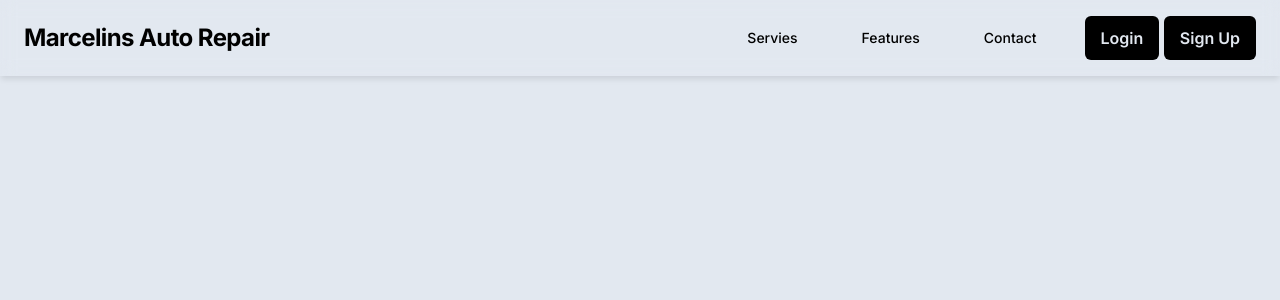
Repository: ilovegames507/twebsite-2
Page: frontend/public/index.html
These files come from the project's save history. The page is drawn as it stood at one moment and after the next save; the edit follows.
The browser window is 1280 px wide. The pictures show the whole page.

Above is the page before, as saved 2025-03-17 20:08:21.

### frontend/public/index.html
<!DOCTYPE html>
<html lang="en">
  <head>
    <head>
      <meta charset="UTF-8" />
      <meta name="viewport" content="width=device-width, initial-scale=1.0" />
      <link rel="preconnect" href="https://fonts.googleapis.com" />
      <link rel="preconnect" href="https://fonts.gstatic.com" crossorigin />
      <link
        href="https://fonts.googleapis.com/css2?family=Inter:ital,opsz,wght@0,14..32,100..900;1,14..32,100..900&family=Source+Code+Pro:ital,wght@0,200..900;1,200..900&display=swap"
        rel="stylesheet"
      />
      <link rel="stylesheet" href="styles/modern-normalize.css" />
      <link rel="stylesheet" href="styles/global.css" />
      <link rel="stylesheet" href="styles/components/header.css" />

      <link rel="stylesheet" href="styles/utils.css" />

      <link rel="icon" href="public/woofplayz-icon.png" type="image/x-icon" />
      <title>Marcelins Auto Repair</title>
    </head>
  </head>
  <body>
    <header class="header">
      <div class="header__container">
        <a href="/" class="header__title">Marcelins Auto Repair</a>

        <nav class="header__nav">
          <a class="header__link" href="#pricing">Servies</a>
          <a class="header__link" href="#features">Features</a>
          <a class="header__link" href="#contact">Contact</a>
          <div class="header__btn-container">
            <button class="header__btn">Login</button>
            <button class="header__btn">Sign Up</button>
          </div>
        </nav>

        <button class="header__bars">
          <svg xmlns="http://www.w3.org/2000/svg" height="24px" viewBox="0 -960 960 960" width="24px"><path d="M120-240v-80h720v80H120Zm0-200v-80h720v80H120Zm0-200v-80h720v80H120Z"/></svg>
        </button>
      </div>
    </header>

    <script>
      document.querySelector('.header__bars').addEventListener('click', function() {
        document.querySelector('.header').classList.toggle('header--mobile-open');
      });
    </script>
  </body>
</html>

### frontend/public/styles/modern-normalize.css
/*! modern-normalize v3.0.1 | MIT License | https://github.com/sindresorhus/modern-normalize */

/*
Document
========
*/

/**
Use a better box model (opinionated).
*/

*,
::before,
::after {
  box-sizing: border-box;
}

html {
  /* Improve consistency of default fonts in all browsers. (https://github.com/sindresorhus/modern-normalize/issues/3) */
  font-family: system-ui, "Segoe UI", Roboto, Helvetica, Arial, sans-serif,
    "Apple Color Emoji", "Segoe UI Emoji";
  line-height: 1.15; /* 1. Correct the line height in all browsers. */
  -webkit-text-size-adjust: 100%; /* 2. Prevent adjustments of font size after orientation changes in iOS. */
  tab-size: 4; /* 3. Use a more readable tab size (opinionated). */
}

/*
Sections
========
*/

body {
  margin: 0; /* Remove the margin in all browsers. */
}

/*
Text-level semantics
====================
*/

/**
Add the correct font weight in Chrome and Safari.
*/

b,
strong {
  font-weight: bolder;
}

/**
1. Improve consistency of default fonts in all browsers. (https://github.com/sindresorhus/modern-normalize/issues/3)
2. Correct the odd 'em' font sizing in all browsers.
*/

code,
kbd,
samp,
pre {
  font-family: ui-monospace, SFMono-Regular, Consolas, "Liberation Mono", Menlo,
    monospace; /* 1 */
  font-size: 1em; /* 2 */
}

/**
Add the correct font size in all browsers.
*/

small {
  font-size: 80%;
}

/**
Prevent 'sub' and 'sup' elements from affecting the line height in all browsers.
*/

sub,
sup {
  font-size: 75%;
  line-height: 0;
  position: relative;
  vertical-align: baseline;
}

sub {
  bottom: -0.25em;
}

sup {
  top: -0.5em;
}

/*
Tabular data
============
*/

/**
Correct table border color inheritance in Chrome and Safari. (https://issues.chromium.org/issues/40615503, https://bugs.webkit.org/show_bug.cgi?id=195016)
*/

table {
  border-color: currentcolor;
}

/*
Forms
=====
*/

/**
1. Change the font styles in all browsers.
2. Remove the margin in Firefox and Safari.
*/

button,
input,
optgroup,
select,
textarea {
  font-family: inherit; /* 1 */
  font-size: 100%; /* 1 */
  line-height: 1.15; /* 1 */
  margin: 0; /* 2 */
}

/**
Correct the inability to style clickable types in iOS and Safari.
*/

button,
[type="button"],
[type="reset"],
[type="submit"] {
  appearance: button;
  -webkit-appearance: button;
}

/**
Remove the padding so developers are not caught out when they zero out 'fieldset' elements in all browsers.
*/

legend {
  padding: 0;
}

/**
Add the correct vertical alignment in Chrome and Firefox.
*/

progress {
  vertical-align: baseline;
}

/**
Correct the cursor style of increment and decrement buttons in Safari.
*/

::-webkit-inner-spin-button,
::-webkit-outer-spin-button {
  height: auto;
}

/**
1. Correct the odd appearance in Chrome and Safari.
2. Correct the outline style in Safari.
*/

[type="search"] {
  appearance: textfield;
  -webkit-appearance: textfield; /* 1 */
  outline-offset: -2px; /* 2 */
}

/**
Remove the inner padding in Chrome and Safari on macOS.
*/

::-webkit-search-decoration {
  -webkit-appearance: none;
}

/**
1. Correct the inability to style clickable types in iOS and Safari.
2. Change font properties to 'inherit' in Safari.
*/

::-webkit-file-upload-button {
  -webkit-appearance: button; /* 1 */
  font: inherit; /* 2 */
}

/*
Interactive
===========
*/

/*
Add the correct display in Chrome and Safari.
*/

summary {
  display: list-item;
}

### frontend/public/styles/global.css
:root {
  /* fonts */
  --font-primary: 'Inter', sans-serif;
  --font-secondary: 'Source Code Pro', monospace;

  /* colors */
  --clr-dark: #000000;
  --clr-gray: #2b2b2b;
  --clr-light: #ffffff;


  --clr-slate50: #f8fafc;
  --clr-slate100: #f1f5f9;
  --clr-light: #e2e8f0;
  --clr-slate300: #cbd5e1;
  --clr-text: #94a3b8;
  --clr-slate800: #1e293b;
  --clr-bg: #0a101f;

  --clr-muted: #4a5566;

  /* shadow */
  --shadow: 0 4px 6px -1px rgba(0, 0, 0, 0.1);

  /* transtion */
  --transition: all 0.3s cubic-bezier(0.4, 0, 0.2, 1);

  /* sizes */
  --size-xxs: 0.5rem;
  --size-xs: 0.75rem;
  --size-sm: 0.875rem;
  --size-base: 1rem;
  --size-lg: 1.125rem;
  --size-xl: 1.25rem;
  --size-2xl: 1.5rem;
  --size-3xl: 1.875rem;
  --size-4xl: 2.25rem;
  --size-5xl: 3rem;
  --size-6xl: 3.75rem;
  --size-7xl: 4.5rem;
  --size-8xl: 6rem;
  --size-9xl: 8rem;
  --size-10xl: 10rem;
}

* {
  margin: 0;
  padding: 0;
  line-height: calc(1em + 0.5rem);
}

body {
  font-family: var(--font-primary);
  background-color: var(--clr-light);
  color: var(--clr-dark);
}

img,
picture,
video,
canvas,
svg {
  display: block;
  max-width: 100%;
}

input,
button,
textarea,
select {
  font: inherit;
}

button {
  border: none;
  background: none;
  color: inherit;
  cursor: pointer;
}

h1,
h2,
h3,
h4,
h5,
h6 {
  letter-spacing: -0.025em;
}

p {
  color: var(--clr-text);
}

a {
  color: var(--clr-slate50);
}

strong {
  color: #ff0000;
  font-weight: 800;
}

button:focus-visible,
a:focus-visible {
  outline: solid var(--clr-light);
}

body::-webkit-scrollbar {
  width: 8px;
}

body::-webkit-scrollbar-track {
  box-shadow: inset 0 0 6 px rgba(0, 0, 0, 0);
}

body::-webkit-scrollbar-thumb {
  background-color: var(--clr-slate50);
  border-radius: 1000px;
}

body::-webkit-scrollbar-thumb:hover {
  background: #555;
}

### frontend/public/styles/components/header.css
.header {
  position: sticky;
  top: 0;
  background: rgba(var(--clr-dark), 0.95);
  backdrop-filter: blur(8px);
  z-index: 50;
  box-shadow: var(--shadow);
}

.header__container {
  display: flex;
  justify-content: space-between;
  align-items: center;
  padding: 1rem 1.5rem;
  max-width: 1440px;
  margin: 0 auto;
}

.header__title {
  color: var(--clr-dark);
  font-family: var(--font-primary);
  font-size: 1.5rem;
  font-weight: 700;
  letter-spacing: -0.025em;
  text-decoration: none;
  transition: var(--transition);
}

.header__nav {
  display: flex;
  gap: 2rem;
  align-items: center;
}

.header__link {
  color: var(--clr-dark);
  font-family: var(--font-primary);
  font-size: 0.875rem;
  font-weight: 500;
  text-decoration: none;
  transition: var(--transition);
  padding: 0.5rem 1rem;
  border-radius: 0.375rem;
}

.header__link:hover {
  background: rgba(255, 255, 255, 0.1);
}

.header__btn {
  background: var(--clr-accent);
  color: var(--clr-light);
  background: var(--clr-dark);
  padding: 0.625rem 1rem;
  border-radius: 0.375rem;
  font-weight: 600;
  transition: var(--transition);
}

.header__btn:hover {
  background: var(--clr-gray);
}

.header__bars {
  display: none;
  color: var(--clr-light);
  background: none;
  padding: 0.5rem;
  border-radius: 0.375rem;
}

@media (max-width: 825px) {
  .header__nav {
    display: none;
  }

  .header__bars {
    display: block;
  }

  .header--mobile-open .header__nav {
    display: flex;
    flex-direction: column;
    position: absolute;
    top: 100%;
    left: 0;
    right: 0;
    padding: 1rem;
    gap: 0.5rem;
  }

  .header--mobile-open .header__link {
    width: 100%;
    text-align: center;
    padding: 0.75rem;
  }

  .header--mobile-open .header__btn-container {
    display: flex;
    flex-direction: column;
    gap: 0.5rem;
    margin-top: 1rem;
  }
}

### frontend/public/styles/utils.css
/* xs */
/* @media (min-width: 475px) {} */

/* sm */
/* @media (min-width: 640px) {} */

/* md */
/* @media (min-width: 768px) {} */

/* lg */
/* @media (min-width: 1024px) {} */

/* xl */
/* @media (min-width: 1280px) {} */

/* 2xl */
/* @media (min-width: 1536px) {} */

.container {
    width: 100%;
    margin-inline: auto;
    padding-inline: 0.5rem;
  }

  .btn {
    display: inline-block;
    background-color: rgb(255, 255, 255);
    color: var(--clr-dark);
    padding: 0.5em 1em;
    font-weight: 500;
    border-radius: 6px;
    line-height: 1.75rem;
    text-decoration: none;
    transition: 0.2s ease-in-out;
  }

  .btn:hover {
    transform: translateY(2px);
    background-color: rgb(168, 168, 168);
  }

  btn:focus-visible {
    outline: solid var(--clr-text);
  }

  .section {
    margin-top: 5rem;
  }

  .title {
    text-transform: uppercase;
    margin-bottom: 1rem;
    font-family: var(--font-secondary);
    color: var(--clr-text);
    font-size: var(--size-base);
  }

  /* xs */
  @media (min-width: 475px) {
    .container {
      max-width: 475px;
    }
  }

  /* sm */
  @media (min-width: 640px) {
    .container {
      max-width: 640px;
    }

    .title {
      font-size: var(--size-sm);
    }
  }

  /* md */
  @media (min-width: 768px) {
    .container {
      max-width: 768px;
    }
  }

  /* lg */
  @media (min-width: 1024px) {
    .container {
      max-width: 1024px;
    }

    .section {
      margin-top: 10rem;
    }

    .title {
      font-size: var(--size-base);
    }
  }

  /* xl */
  @media (min-width: 1280px) {
    .container {
      max-width: 1280px;
    }
  }

  /* 2xl */
  @media (min-width: 1536px) {
    .container {
      max-width: 1536px;
    }
  }

After the next save:
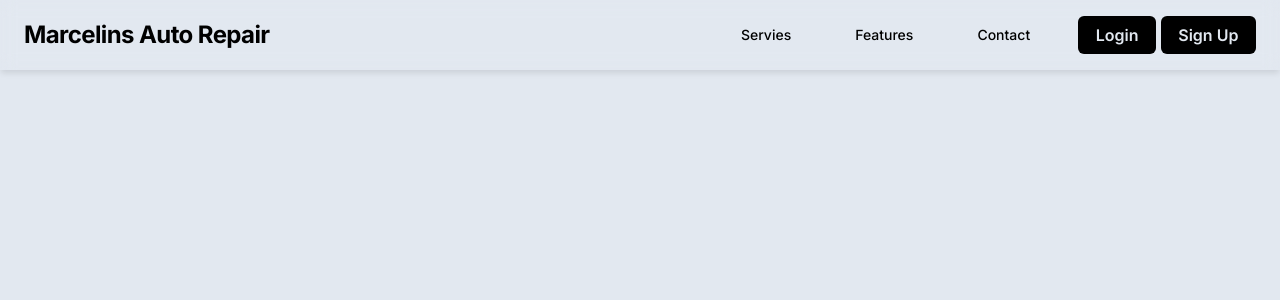
Saved 8 s later.
--- a/frontend/public/styles/components/header.css
+++ b/frontend/public/styles/components/header.css
@@ -51,7 +51,7 @@
   background: var(--clr-accent);
   color: var(--clr-light);
   background: var(--clr-dark);
-  padding: 0.625rem 1rem;
+  padding: 0.45rem 1.1rem;
   border-radius: 0.375rem;
   font-weight: 600;
   transition: var(--transition);
